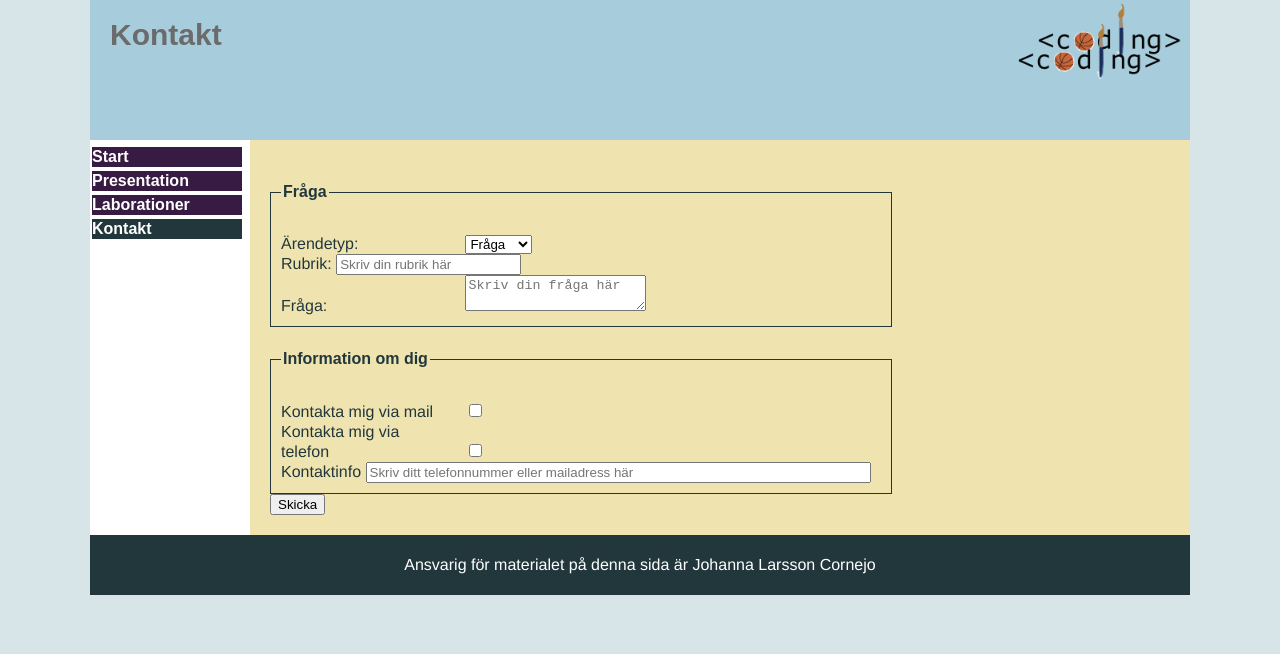
Repository: jc222fi/1ik415-laborationer
Page: pages/kontakt.html
The author's editor kept a record of every edit. The page is drawn from the files as they stood at one moment, then again after the next edit.
The browser window is 1280 px wide. The pictures show the whole page.

Above is the page before.

After the next edit:
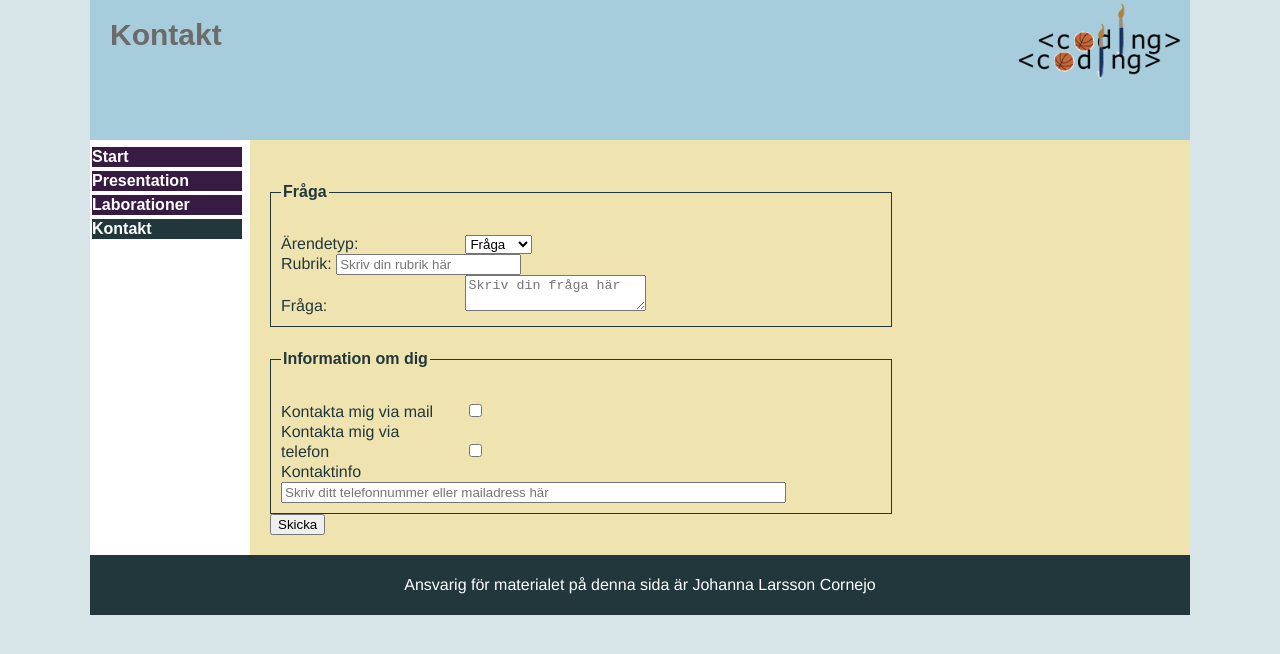
The edit:
--- a/pages/kontakt.html
+++ b/pages/kontakt.html
@@ -48,7 +48,7 @@
                         <label for="telefon" class="label">Kontakta mig via telefon</label>
                         <input type="checkbox" id="telefon" name="g1[]" value="telefon" />
                     </p>
-                    <p><label for="kontaktinfo">Kontaktinfo</label>
+                    <p><label for="kontaktinfo" class="label">Kontaktinfo</label>
                     <input placeholder="Skriv ditt telefonnummer eller mailadress här" input type="text"
                     id="kontaktinfo" name="kontaktinfo" size="60">
                     </p>
